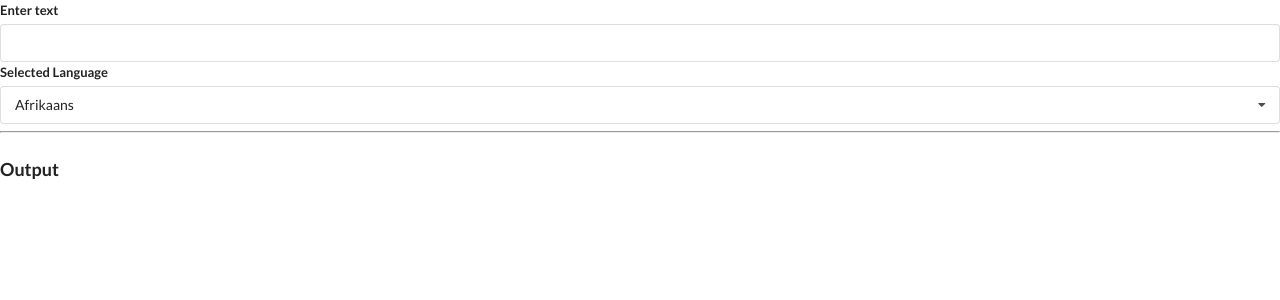
Repository: striver-69/Widjets-App
Page: /
An editor plug-in stored every save of this project. The page is shown before and after the next save, followed by the edit.
The browser window is 1280 px wide. The pictures show the whole page.
The page's requests for data from a server got no answer. The project was rebuilt for these pictures with package versions that can differ from the ones it lists, and the page was loaded fresh each time. No one was signed in, and anything a server would have sent is missing. Also part of the build but not shown: src/components/Search.js.

Above is the page before, as saved 2021-03-04 18:59:39.

### public/index.html
<!DOCTYPE html>
<html lang="en">
  <head>
    <meta charset="utf-8" />
    <link rel="icon" href="%PUBLIC_URL%/favicon.ico" />
    <meta name="viewport" content="width=device-width, initial-scale=1" />
    <meta name="theme-color" content="#000000" />
    <link rel ="stylesheet" href="https://cdnjs.cloudflare.com/ajax/libs/semantic-ui/2.4.1/semantic.min.css"/>
    <meta
      name="description"
      content="Web site created using create-react-app"
    />
    <link rel="apple-touch-icon" href="%PUBLIC_URL%/logo192.png" />
    <!--
      manifest.json provides metadata used when your web app is installed on a
      user's mobile device or desktop. See https://developers.google.com/web/fundamentals/web-app-manifest/
    -->
    <link rel="manifest" href="%PUBLIC_URL%/manifest.json" />
    <!--
      Notice the use of %PUBLIC_URL% in the tags above.
      It will be replaced with the URL of the `public` folder during the build.
      Only files inside the `public` folder can be referenced from the HTML.

      Unlike "/favicon.ico" or "favicon.ico", "%PUBLIC_URL%/favicon.ico" will
      work correctly both with client-side routing and a non-root public URL.
      Learn how to configure a non-root public URL by running `npm run build`.
    -->
    <title>React App</title>
  </head>
  <body>
    <noscript>You need to enable JavaScript to run this app.</noscript>
    <div id="root"></div>
    <!--
      This HTML file is a template.
      If you open it directly in the browser, you will see an empty page.

      You can add webfonts, meta tags, or analytics to this file.
      The build step will place the bundled scripts into the <body> tag.

      To begin the development, run `npm start` or `yarn start`.
      To create a production bundle, use `npm run build` or `yarn build`.
    -->
  </body>
</html>

### src/index.js
import React from 'react'
import ReactDOM from 'react-dom'
import App from './App'

ReactDOM.render(<App/>,document.querySelector('#root'))

### src/App.js
import React, { useState } from 'react'
import Accordion from './components/Accordion'
import Search from './components/Search'
import Dropdown from './components/Dropdown'
import Translate from './components/Translate'

const items=[
  {
    title:'What is react ?',
    content:'React is a frontend javascript framework'
  },
  {
    title:'Why use React?',
    content:'React is a favourite javascript framework among engineers'
  },
  {
    title:'How do you use react',
    content:'You use React by creating components'
  }
]

const options=[
  {
    label:'the color red',
    value:'red'
  },
  {
    label:'the color green',
    value:'green'
  },
  {
    label:'A shade of blue',
    value:'blue'
  }
]

export default ()=>{
  return (
    <div>
      <Translate/>
    </div>
  )
}

### src/components/Dropdown.js
import React, { useState,useEffect,useRef } from 'react'

export default function Dropdown({label,options,selected,onSelectedChange}) {
  const [open,setOpen]=useState(false)
  const ref=useRef()

  useEffect(() => {
    const onBodyClick=(event)=>{
      if(ref.current&&ref.current.contains(event.target)){
        return
      }
      setOpen(false)
    }
    document.addEventListener('click',onBodyClick)

    return ()=>{
      document.body.removeEventListener('click',onBodyClick)
    }

  }, [])

  const renderedOptions=options.map((option)=>{
    if(option.value === selected.value){
      return null
    }

    return(
      <div key={option.value} className="item" onClick={()=>onSelectedChange(option)}>
        {option.label}
      </div>
    )
  })

  return (
    <div ref={ref} className="ui form">
      <div className="field">
        <label className="label">{label}</label>
        <div onClick={()=>setOpen(!open)} className={`ui selection dropdown ${open?'visible active':''}`}>
          <i className="dropdown icon"></i>
          <div className="text">{selected.label}</div>
          <div className={`menu ${open?'visible transition':''}`}>
            {renderedOptions}
          </div>
        </div>
      </div>
    </div>
  )
}

### src/components/Translate.js
import React,{useState} from 'react'
import Dropdown from './Dropdown'
import Convert from './Convert'

const options=[
  {
    label:'Afrikaans',
    value:'af'
  },
  {
    label:'Arabic',
    value:'ar'
  },
  {
    label:'Hindi',
    value:'hi'
  }
]

const Translate=()=>{
  const [language,setLanguage]=useState(options[0])
  const [text,setText]=useState('')

  return(
    <div>
      <div className="ui form">
        <div className="field">
          <label>Enter text</label>
          <input value={text} onChange={(e)=>setText(e.target.value)}/>
        </div>
      </div>
      <Dropdown label={`Selected Language`} selected={language} onSelectedChange={setLanguage} options={options}/>
      <hr/>
      <h3 className="ui header">Output</h3>
      <Convert language={language} text={text}/>
    </div>
  )
}

export default Translate

### src/components/Convert.js
import React, {useState,useEffect} from 'react'
import axios from 'axios'

const Convert=({language,text})=>{
  const [translated,setTranslated]=useState('')
  const [debouncedText,setDebouncedText]=useState(text)

  useEffect(()=>{
    const timerId=setTimeout(()=>{
      setDebouncedText(text)
    },500)

    return ()=>{
      clearTimeout(timerId)
    }

  },[text])

  useEffect(() => {

    const doTranslation=async ()=>{
      const {data}= await axios.post('https://translation.googleapis.com/language/translate/v2',{},{
      params:{
        q:debouncedText,
        target:language.value,
        key:'AIzaSyCHUCmpR7cT_yDFHC98CZJy2LTms-IwDlM'
      }
    })

    setTranslated(data.data.translations[0].translatedText)
    }

    doTranslation()

  }, [language,debouncedText])

  return (
    <div>
      <h1 className="ui header">{translated}</h1>
    </div>
  )
}

export default Convert

### src/components/Accordion.js
import React, {useState} from 'react'

export default function Accordion({items}) {

  const [activeIndex,setActiveIndex]=useState(null)

  const onTitleClick=(index)=>{
    setActiveIndex(index)
  }

  const rendereditems=items.map((item,index)=>{
    const active= index===activeIndex? 'active':''
    return <React.Fragment key={item.title}>
      <div className={`title ${active}`}
      onClick={()=>onTitleClick(index)}>
        <i className="dropdown icon"></i>
        {item.title}
      </div>
      <div className={`content ${active}`}>
        <p>{item.content}</p>
      </div>
    </React.Fragment>
  })
  return (
    <div className="ui styled accordion">
      {rendereditems}
    </div>
  )
}

After the next save:
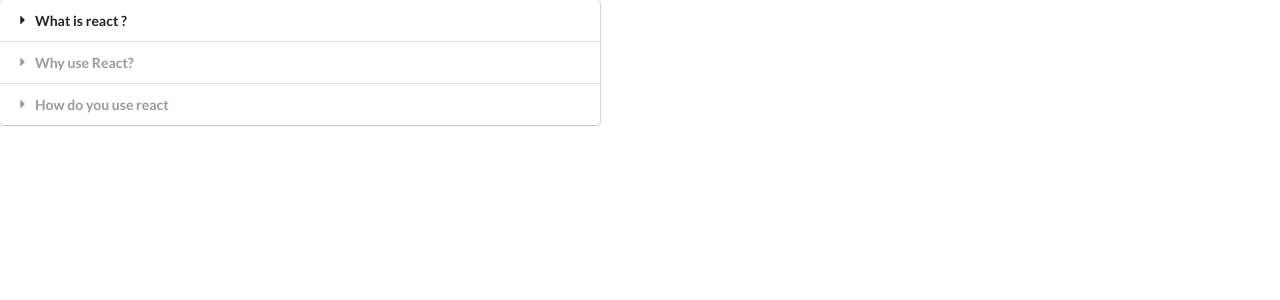
Saved 2 h 19 min later.
--- a/src/App.js
+++ b/src/App.js
@@ -34,10 +34,19 @@ const options=[
   }
 ]
 
+
+const ShowAccordion=()=>{
+  if(window.location.pathname === '/'){
+    return <Accordion items={items}/>
+  }
+}
+
+
 export default ()=>{
   return (
     <div>
-      <Translate/>
+      {ShowAccordion()}
+
     </div>
   )
 }
